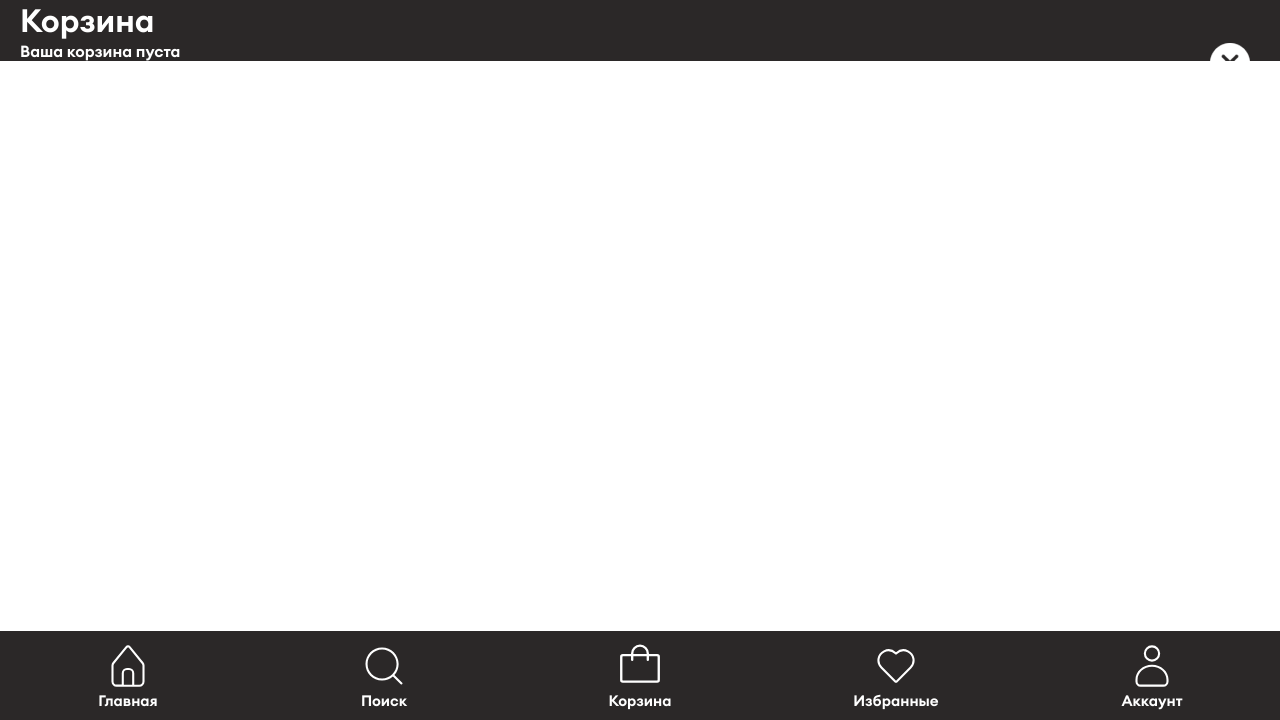
Repository: muslmoney/click-miniapp
Page: /cart
These files come from the project's save history. The page is drawn as it stood at one moment and after a run of saves; the edit follows.
The browser window is 1280 px wide. The pictures show the whole page.
The project was rebuilt for these pictures with package versions that can differ from the ones it lists, and the page was loaded fresh each time. Also part of the build but not shown: vite.config.js, src/components/ProductCard/productCard.module.css, src/components/ProductCard/ProductCard.jsx.

Above is the page before, as saved 2025-02-02 00:36:48.

### index.html
<!doctype html>
<html lang="en">
<head>
  <meta charset="UTF-8" />
  <meta http-equiv="X-UA-Compatible" content="IE=edge" />
  <meta name="description" content="Non Bor" />
  <meta name="keywords" content="Non Bor" />
  <meta name="author" content="Non Bor" />
  <!-- <meta http-equiv="refresh" content="30"> -->
  <meta property="og:title" content="Non Bor">
  <meta property="og:description" content="Non Bor">
  <meta property="og:image" content="/logo_bread.png">
  <meta property="og:url" content="https://non-bor.netlify.app/">
  <meta name="viewport" content="width=device-width, initial-scale=1.0" />
  <link rel="icon" type="image/png" href="/logo_bread.png" />
  <title>Non Bor</title>
</head>

<body>
  <div id="root"></div>
  <script type="module" src="/src/main.jsx"></script>
</body>

</html>

### src/main.jsx
import React, { Suspense, lazy, StrictMode } from 'react';
import { createRoot } from 'react-dom/client';
import { createBrowserRouter, RouterProvider, Navigate } from 'react-router-dom';
import './index.css';
import App from './App.jsx'
import { CartProvider } from './context/Context.jsx';
const Home = lazy(() => import("./pages/Home/Home.jsx"));
const Cart = lazy(() => import("./pages/Cart/Cart.jsx"));
const Favorites = lazy(() => import('./pages/Favorites/Favorites.jsx'));
const Search = lazy(() => import('./pages/Search/Search.jsx'));
const User = lazy(() => import('./pages/User/User.jsx'));

const router = createBrowserRouter([
  {
    path: "/",
    element: <App />,
    children: [
      { index: true, element: <Navigate to="home" replace /> },
      {
        path: 'home',
        element: <Home />
      },
      {
        path: 'cart',
        element: <Cart />
      },
      {
        path: 'favorites',
        element: <Favorites />
      },
      {
        path: 'search',
        element: <Search />
      },
      {
        path: 'user',
        element: <User />
      },
      { path: '*', element: <div>404 - Page Not Found</div> },
    ],
  },
]);

class ErrorBoundary extends React.Component {
  state = { hasError: false };

  static getDerivedStateFromError() {
    return { hasError: true };
  }

  componentDidCatch(error, info) {
    console.error("Error caught:", error, info);
  }

  render() {
    if (this.state.hasError) {
      return <div>Something went wrong!</div>;
    }
    return this.props.children;
  }
}


createRoot(document.getElementById('root')).render(
  <StrictMode>
    <CartProvider>
      <Suspense fallback={<div>Loading...</div>}>
        <RouterProvider router={router} />
      </Suspense>
    </CartProvider>
  </StrictMode>
);

### src/index.css
:root {
  --color-default-white: #fff;
  --color-default-bg: #2B2828;
  --color-default-blue: #023EF3;
  --color-button-bg-blue:#3866E8;
  --color-text-gray:#ADA4A4;
  --color-button-bg-gray:#565454;
}

* {
  font-family: 'Euclid Circular A', sans-serif;
  scroll-behavior: smooth;
  padding: 0;
  margin: 0;
  box-sizing: border-box;
}

.container {
  width: 100%;
  margin: 0 auto;
  max-width: 700px;
}


picture,
img,
svg {

  display: block;
  width: 100%;
  height: auto;
}

a,
span,
button,
label,
input,
textarea {
  display: inline-block;
  font-family: inherit;
  color: inherit;
  font-weight: inherit;
}

a,
button,
label,
textarea,
li {
  list-style: none;
  text-decoration: none;
  cursor: pointer;
}

q::after,
q::before {
  content: '';
}

#root {
  display: flex;
  flex-direction: column;
  justify-content: space-between;
}

#root>* {
  flex-shrink: 0;
}

#root>main {
  flex-grow: 1;
}

h1,
h2,
h3,
h4,
h5,
h6,
p,
button,
a {
  font-weight: inherit;
  color: var(--color-default-white);
}

### src/App.jsx
import React, { useEffect } from "react";
import "./App.css";
import Header from "./layout/Header/Header.jsx";
import Footer from "./layout/Footer/Footer.jsx";
import "/public/fonts/fonts.css";
import { BrowserRouter as Router, Routes, Outlet, useLocation, useNavigate } from "react-router-dom";

const App = () => {
  const navigate = useNavigate();
  const { pathname } = useLocation();

  useEffect(() => {
    if (pathname === "/") {
      navigate("/home");
    }
  }, [pathname, navigate]);

  return (
    <>
      <header>
        <Header />
      </header>

      <main>
        <Outlet />
      </main>

      <footer>
        <Footer />
      </footer>
    </>
  );
};

export default App;

### src/context/Context.jsx
import React, { createContext, useState, useEffect, useContext } from 'react';

const CartContext = createContext();
const FavoriteContext = createContext();

export const useCart = () => useContext(CartContext);
export const useFavorites = () => useContext(FavoriteContext);

export const CartProvider = ({ children }) => {
  // Загрузка корзины из LocalStorage при старте
  const loadCartFromLocalStorage = () => {
    const storedCart = localStorage.getItem('cart');
    return storedCart ? JSON.parse(storedCart) : [];
  };

  const [cart, setCart] = useState(loadCartFromLocalStorage());
  const [favorites, setFavorites] = useState([]);

  useEffect(() => {
    // Сохраняем корзину в LocalStorage при каждом изменении
    localStorage.setItem('cart', JSON.stringify(cart));
  }, [cart]);

  // Добавить товар в корзину
  const addToCart = (product) => {
    setCart((prevCart) => {
      // Проверяем, есть ли товар в корзине
      const existingProduct = prevCart.find((item) => item.id === product.id);
      if (existingProduct) {
        // Если товар есть, увеличиваем его количество
        return prevCart.map((item) =>
          item.id === product.id
            ? { ...item, quantity: item.quantity + 1 }
            : item
        );
      } else {
        // Если товара нет в корзине, добавляем его
        return [...prevCart, { ...product, quantity: 1 }];
      }
    });
  };

  // Удалить товар из корзины
  const removeFromCart = (productId) => {
    setCart((prevCart) => prevCart.filter((product) => product.id !== productId));
  };

  // Изменить количество товара в корзине
  const changeQuantity = (productId, quantity) => {
    if (quantity <= 0) return; // Предотвращаем количество меньше 1
    setCart((prevCart) => {
      return prevCart.map((product) =>
        product.id === productId ? { ...product, quantity } : product
      );
    });
  };

  // Добавить товар в избранное
  const addToFavorites = (product) => {
    setFavorites((prevFavorites) => {
      if (!prevFavorites.some((item) => item.id === product.id)) {
        return [...prevFavorites, product]; // Добавляем товар в избранное, если его там нет
      }
      return prevFavorites; // Товар уже в избранном, не добавляем
    });
  };

  // Удалить товар из избранного
  const removeFromFavorites = (productId) => {
    setFavorites((prevFavorites) =>
      prevFavorites.filter((product) => product.id !== productId)
    );
  };

  return (
    <CartContext.Provider value={{ cart, addToCart, removeFromCart, changeQuantity }}>
      <FavoriteContext.Provider value={{ favorites, addToFavorites, removeFromFavorites }}>
        {children}
      </FavoriteContext.Provider>
    </CartContext.Provider>
  );
};

### src/pages/Cart/Cart.jsx
import React from 'react';
import { useCart } from '../../context/Context';
import styles from './cart.module.css';
import { InCart } from '../../components/ProductCard/ProductCard';

const Cart = () => {
  const { cart } = useCart();
  return (
    <div className={styles.container}>
      <h1>Корзина</h1>

      <div className={styles.cartItems}>
        {cart.length === 0 ? (
          <p>Ваша корзина пуста</p>
        ) : (
          cart.map((product) => (
            <InCart
              key={product.id}
              img={product.img}
              price={product.price}
              salePrice={product.salePrice}
              title={product.title}
              id={product.id}
            />
          ))
        )}
      </div>
    </div>
  );
};

export default Cart;

### src/layout/Header/Header.jsx
import React from 'react'
import { RxCross2 } from "react-icons/rx";
import style from './header.module.css'
const Header = () => {
    return (
        <header className={style.header}>
            <div className='container'>
                <div className={style.header}>
                    <img className={style.cross} src="/cancel.png" alt="" />
                </div>
            </div>
        </header>
    )
}

export default Header

### src/layout/Footer/Footer.jsx
import React from 'react'
import styles from './footer.module.css'
import { CiSearch } from "react-icons/ci";
import { CiUser } from "react-icons/ci";
import { CiHeart } from "react-icons/ci";
import { PiBagLight } from "react-icons/pi";
import { CiHome } from "react-icons/ci";
import { Link } from 'react-router-dom';

const Footer = () => {
    return (
        <footer className='container'>
            <div className={styles.footer}>
                    <Link className={styles.a} to={'./home'}>
                        <CiHome className={styles.icon} />
                        <h2>Главная</h2>
                    </Link>
                    <Link className={styles.a} to={'./search'}>
                        <CiSearch className={styles.icon} />
                        <h2>
                            Поиск
                        </h2>

                    </Link>
                    <Link className={styles.a} to={'./cart'}>
                        <PiBagLight className={styles.icon} />
                        <h2>
                            Корзина
                        </h2>

                    </Link>
                    <Link className={styles.a} to={'./favorites'}>
                        <CiHeart className={styles.icon} />
                        <h2>
                            Избранные
                        </h2>

                    </Link>
                    <Link className={styles.a} to={'./user'}>
                        <CiUser className={styles.icon} />
                        <h2>
                            Аккаунт
                        </h2>

                    </Link>
            </div>
        </footer>
    )
}

export default Footer

### public/fonts/fonts.css


@font-face {
    font-family: 'Euclid Circular A';
    src: url(/fonts/Euclid\ Circular\ A\ SemiBold.ttf);
    font-weight: 600;
    font-style: normal;
}

### src/pages/Cart/cart.module.css
.emptyCart {
    height: 80dvh;
    text-align: center;
    display: flex;
    flex-direction: column;
    align-items: center;
    justify-content: center;
    h2 {
        font-size: 36px;
        font-weight: 500;
        line-height: 43.57px;
        text-underline-position: from-font;
        text-decoration-skip-ink: none;

    }

    p {
        font-size: 24px;
        font-weight: 500;
        line-height: 29.05px;
        text-align: center;
        text-underline-position: from-font;
        text-decoration-skip-ink: none;
        color: var(--color-text-gray);

    }
}

.title {
    text-align: center;
    font-size: 40px;
    padding: 60px 0 42px 0;
    font-weight: 500;
    line-height: 48.41px;
    text-underline-position: from-font;
    text-decoration-skip-ink: none;

}

.container {
    padding: 0 clamp(5px, 2vw, 20px);
    background-color: var(--color-default-bg);

}
.list{

}
pon{

}

### src/layout/Header/header.module.css
.header{
    max-width: 700px;
    position: relative;
}

.cross{
    width: 50px;
    position: fixed;
    right: 25px;
    top: 38px;
    width: 50px;
    z-index: 10000;
    @media (max-width: 550px) {
        width: 35px;
        top: 18px;
    }
}

### src/layout/Footer/footer.module.css

.footer {
    display: flex;
    align-items: center;
    justify-content: space-around;
    position: fixed;
    bottom: 0;
    left: 0;
    width: 100%;
    padding: 10px 0 10px 0;
    background-color: var(--color-default-bg);
.a{
    width: 100%;

   h2{

       font-size: clamp(15px, 1vw, 24px);
   }
}
    a {
        display: flex;
        align-items: center;
        flex-direction: column;
    }
}


.icon {
    width: 50px;
}
@media (max-width: 550px) {
    .icon {
        width: 35px;
    }
}

Loaded but not shown: src/App.css (no stored copy; drawn as an empty file); src/pages/User/user.module.css (no stored copy; drawn as an empty file)

After the next 2 saves:
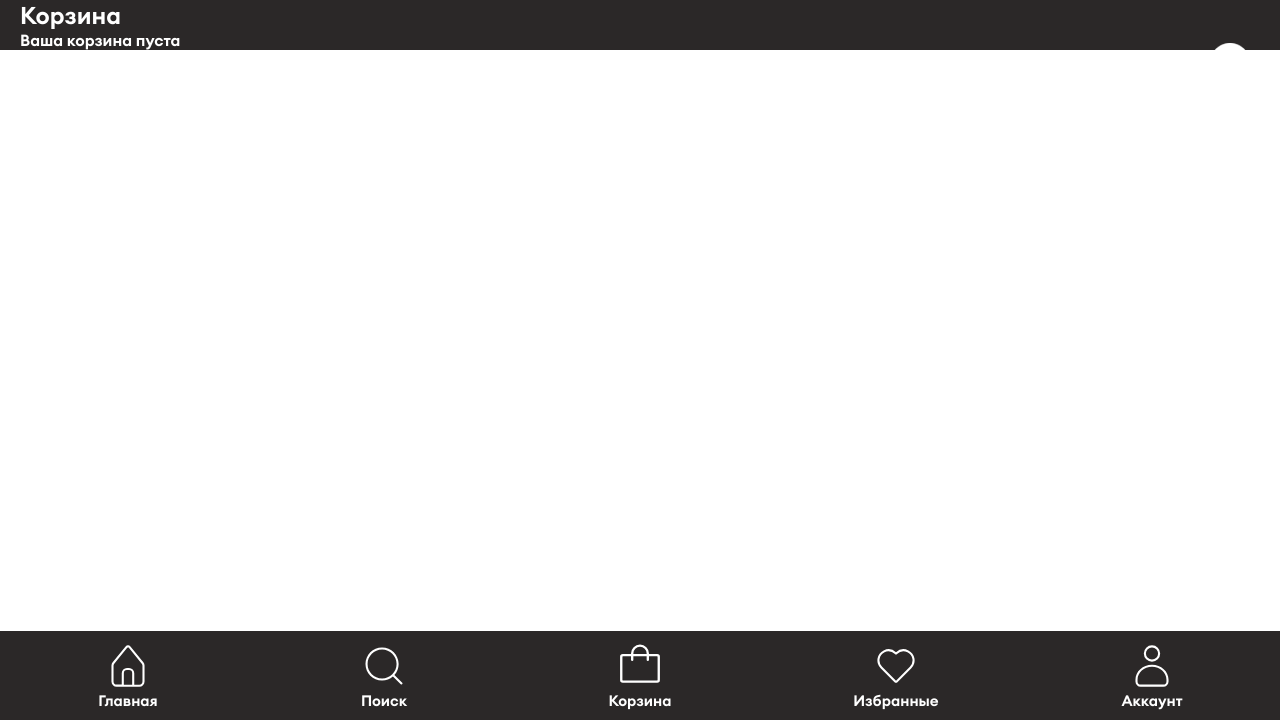
The 2 saves are shown as one change because they came seconds apart.
The last was saved 2 min 7 s later.
--- a/src/pages/Cart/Cart.jsx
+++ b/src/pages/Cart/Cart.jsx
@@ -7,7 +7,7 @@ const Cart = () => {
   const { cart } = useCart();
   return (
     <div className={styles.container}>
-      <h1>Корзина</h1>
+      <h2>Корзина</h2>
 
       <div className={styles.cartItems}>
         {cart.length === 0 ? (
